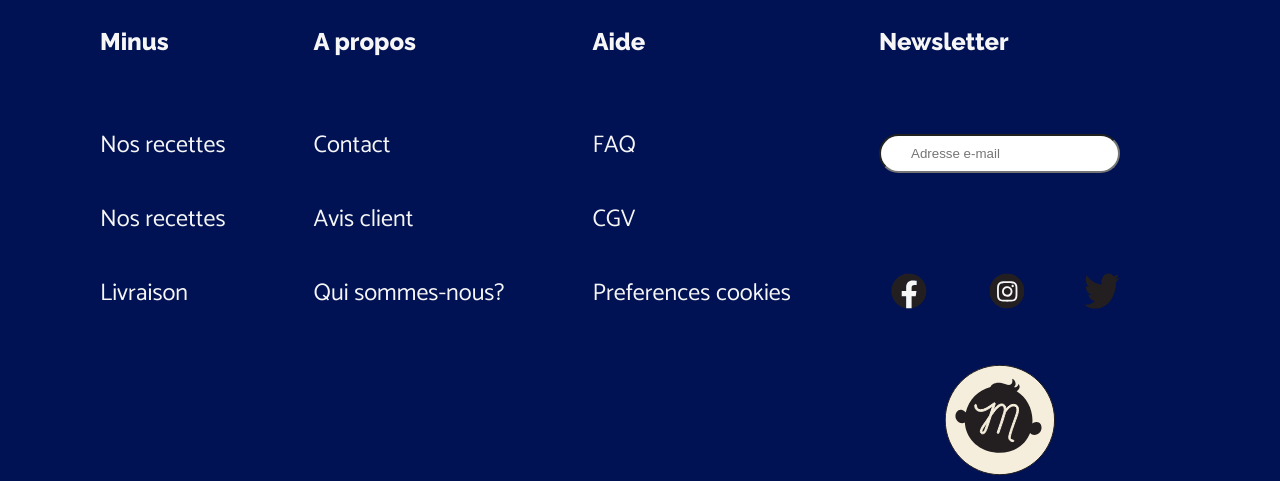
Repository: minus-team7/minus_team7
Page: minus_homepage.html
The author's editor kept a copy of each file at every save. The page is drawn from the files as they stood at one save, then again after a run of saves.
The browser window is 1280 px wide. The pictures show the part of the page from y = 1786 to 2411 px (the page is 2267 px tall before and 2411 px after).
A picture or video elsewhere on the page could not be fetched, so the positions and the page height are approximate.

Above is the page before, as saved 2023-02-12 23:23:05.

After the next 6 saves:
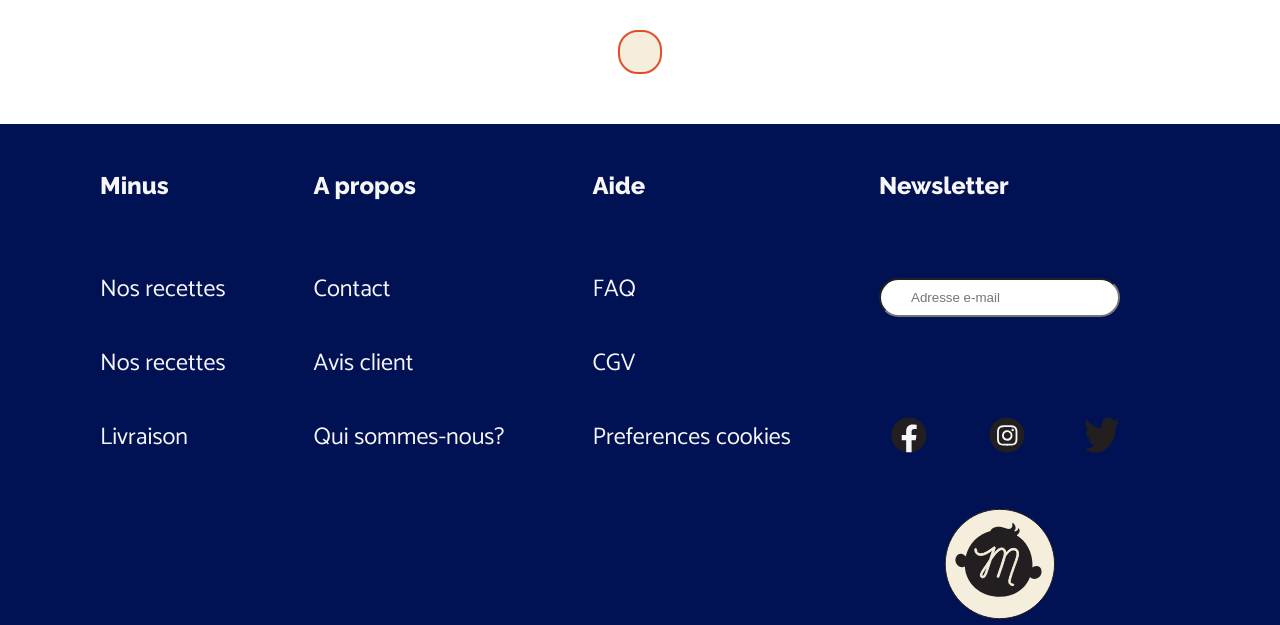
The 6 saves are shown as one change because they came seconds apart.
The last was saved 16 s later.
--- a/minus_homepage.html
+++ b/minus_homepage.html
@@ -83,6 +83,9 @@
 
     </section>
 
+    <div class="bouton">
+        <a href=""></a>
+    </div>
 
     <section class="nos-desserts">
 
